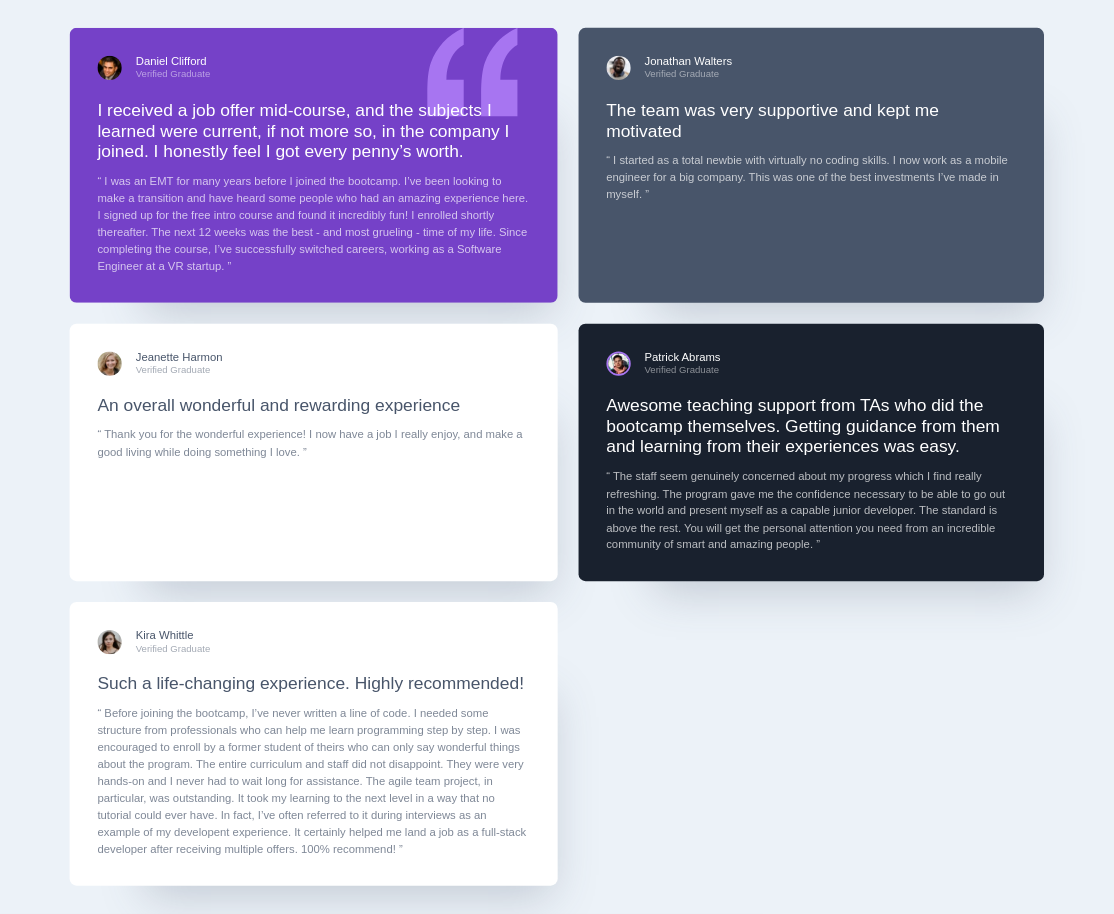
Repository: Imprasna/Grid_template
Page: index.html
These files come from the project's save history. The page is drawn as it stood at one moment and after the next save; the edit follows.
The browser window is 1280 px wide. The pictures show the whole page, at 87% of full size.

Above is the page before, as saved 2021-11-28 13:10:07.

### index.html
<!DOCTYPE html>
<html lang="en">
<head>
    <meta charset="UTF-8">
    <meta http-equiv="X-UA-Compatible" content="IE=edge">
    <meta name="viewport" content="width=device-width, initial-scale=1.0">
    <link rel="stylesheet" href="style.css">
    <title>GRid</title>
</head>
<body>
    <main class="testimonial-grid">
        <article class="testimonial grid-col-span-2 flow bg-primary-400 quote text-neutral-100">
          <div class="flex">
            <div>
              <img  src="./images/image-daniel.jpg" alt="daniel clifford">
            </div>
            <div>
              <h2 class="name">Daniel Clifford</h2>
              <p class="position">Verified Graduate</p>
            </div>
          </div>
          <p>
            I received a job offer mid-course, and the subjects I learned were current, if not more so,
            in the company I joined. I honestly feel I got every penny’s worth.
          </p>
          <p>
            “ I was an EMT for many years before I joined the bootcamp. I’ve been looking to make a
            transition and have heard some people who had an amazing experience here. I signed up
            for the free intro course and found it incredibly fun! I enrolled shortly thereafter.
            The next 12 weeks was the best - and most grueling - time of my life. Since completing
            the course, I’ve successfully switched careers, working as a Software Engineer at a VR startup. ”
          </p>
        </article>
        <article class="testimonial flow bg-secondary-400 text-neutral-100">
          <div class="flex">
            <div>
              <img src="./images/image-jonathan.jpg" alt="Jonathan Walters">
            </div>
            <div>
              <h2 class="name">Jonathan Walters</h2>
              <p class="position">Verified Graduate</p>
            </div>
          </div>
          <p>
            The team was very supportive and kept me motivated
          </p>
          <p>
            “ I started as a total newbie with virtually no coding skills. I now work as a mobile engineer
            for a big company. This was one of the best investments I’ve made in myself. ”
          </p>
        </article>
        <article class="testimonial flow bg-neutral-100 text-secondary-400">
          <div class="flex">
            <div>
              <img src="./images/image-jeanette.jpg" alt="Jeanette Harmon">
            </div>
            <div>
              <h2 class="name">Jeanette Harmon</h2>
              <p class="position">Verified Graduate</p>
            </div>
          </div>
          <p>
            An overall wonderful and rewarding experience</p>
          <p>
            “ Thank you for the wonderful experience! I now have a job I really enjoy, and make a good living
            while doing something I love. ”
          </p>
        </article>
        <article class="testimonial grid-col-span-2 flow bg-secondary-500 text-neutral-100">
          <div class="flex">
            <div>
              <img class="border-primary-400" src="./images/image-patrick.jpg" alt="Patrick Abrams">
            </div>
            <div>
              <h2 class="name">Patrick Abrams</h2>
              <p class="position">Verified Graduate</p>
            </div>
          </div>
          <p>
            Awesome teaching support from TAs who did the bootcamp themselves. Getting guidance from them and
            learning from their experiences was easy.
          </p>
          <p>
            “ The staff seem genuinely concerned about my progress which I find really refreshing. The program
            gave me the confidence necessary to be able to go out in the world and present myself as a capable
            junior developer. The standard is above the rest. You will get the personal attention you need from
            an incredible community of smart and amazing people. ”
          </p>
        </article>
        <article class="testimonial flow bg-neutral-100 text-secondary-400">
          <div class="flex">
            <div>
              <img src="./images/image-kira.jpg" alt="Kira Whittle">
            </div>
            <div>
              <h2 class="name">Kira Whittle</h2>
              <p class="position">Verified Graduate</p>
            </div>
          </div>
          <p>
            Such a life-changing experience. Highly recommended!
          </p>
          <p>
            “ Before joining the bootcamp, I’ve never written a line of code. I needed some structure from
            professionals who can help me learn programming step by step. I was encouraged to enroll by a former
            student of theirs who can only say wonderful things about the program. The entire curriculum and staff
            did not disappoint. They were very hands-on and I never had to wait long for assistance. The agile team
            project, in particular, was outstanding. It took my learning to the next level in a way that no tutorial
            could ever have. In fact, I’ve often referred to it during interviews as an example of my developent
            experience. It certainly helped me land a job as a full-stack developer after receiving multiple offers.
            100% recommend! ”
          </p>
        </article>
      </main>
</body>
</html>

### style.css
:root {
    --clr-primary-400: 263 55% 52%;
    --clr-secondary-400: 217 19% 35%;
    --clr-secondary-500: 219 29% 14%;
    --clr-neutral-100: 0 0% 100%;
    --clr-neutral-200: 210 46% 95%;
    --clr-neutral-300: 0 0% 81%;

    --ff-primary: "Barlow Semi Condensed", sans-serif;

    --fw-400: 500;
    --fw-700: 600;

    --fs-300: 0.6875rem;
    --fs-400: 0.8125rem;
    --fs-500: 1.25rem;
  }

  /* Box sizing rules */
  *,
  *::before,
  *::after {
    box-sizing: border-box;
  }

  /* Remove default margin */
  body,
  h1,
  h2,
  h3,
  h4,
  p,
  figure,
  blockquote,
  dl,
  dd {
    margin: 0;
  }

  /* Remove list styles on ul, ol elements with a list role, which suggests default styling will be removed */
  ul[role="list"],
  ol[role="list"] {
    list-style: none;
  }

  /* Set core root defaults */
  html:focus-within {
    scroll-behavior: smooth;
  }

  /* Set core body defaults */
  body {
    min-height: 100vh;
    text-rendering: optimizeSpeed;
    line-height: 1.5;
  }

  /* A elements that don't have a class get default styles */
  a:not([class]) {
    text-decoration-skip-ink: auto;
  }

  /* Make images easier to work with */
  img,
  picture {
    max-width: 100%;
    display: block;
  }

  /* Inherit fonts for inputs and buttons */
  input,
  button,
  textarea,
  select {
    font: inherit;
  }

  /* Remove all animations, transitions and smooth scroll for people that prefer not to see them */
  @media (prefers-reduced-motion: reduce) {
    html:focus-within {
      scroll-behavior: auto;
    }

    *,
    *::before,
    *::after {
      animation-duration: 0.01ms !important;
      animation-iteration-count: 1 !important;
      transition-duration: 0.01ms !important;
      scroll-behavior: auto !important;
    }
  }

  body {
    display: grid;
    place-content: center;
    min-height: 100vh;

    font-family: var(--ff-primary);
    font-weight: var(--fw-400);

    background-color: hsl(var(--clr-neutral-200));
  }

  h1,
  h2,
  h3 {
    font-weight: var(--fw-700);
  }

  /* utilities */
  .flex {
    display: flex;
    gap: var(--gap, 1rem);
  }

  .flow > *:where(:not(:first-child)) {
    margin-top: var(--flow-spacer, 1em);
  }

  .bg-primary-400 {
    background: hsl(var(--clr-primary-400));
  }
  .bg-secondary-400 {
    background: hsl(var(--clr-secondary-400));
  }
  .bg-secondary-500 {
    background: hsl(var(--clr-secondary-500));
  }

  .bg-neutral-100 {
    background: hsl(var(--clr-neutral-100));
  }

  .text-neutral-100 {
    color: hsl(var(--clr-neutral-100));
  }
  .text-secondary-400 {
    color: hsl(var(--clr-secondary-400));
  }
  .border-primary-400 {
    border: 2px solid #a775f1;
  }

  /* components */
  .testimonial-grid {
    padding-block: 2rem;
    width: min(95%, 70rem);
    margin-inline: auto;

    display: grid;
    gap: 1.5rem;
    grid-template-areas:
    'one'
    'two'
    'three'
    'four'
    'five';

  }

  @media (min-width: 50em) {
    .testimonial-grid {
        grid-template-areas: 'one on';
    }
  }


  /* @media (min-width: 50em) {

    .testimonial-grid {
        grid-template-columns: repeat(4, 1fr);
    }

    .grid-col-span-2 {
        grid-column: span 2;
    }

    .testimonial:last-child {
        grid-column: 4/5;
        grid-row: 1/3;
    }

  } */





  .testimonial {
    font-size: var(--fs-400);
    padding: 2rem;
    border-radius: 0.5rem;
    box-shadow: 2.5rem 3.75rem 3rem -3rem hsl(var(--clr-secondary-400) / 0.25);
  }

  .testimonial.quote {
    background-image: url("./images/bg-pattern-quotation.svg");
    background-repeat: no-repeat;
    background-position: top right 10%;
  }

  .testimonial img {
    width: 1.75rem;
    aspect-ratio: 1;
    border-radius: 50%;
  }

  .testimonial .name {
    font-size: var(--fs-400);
    font-weight: var(--fw-400);
    line-height: 1;
  }

  .testimonial .position {
    font-size: var(--fs-300);
    opacity: 0.5;
  }

  .testimonial > p:first-of-type {
    font-size: var(--fs-500);
    line-height: 1.2;
  }

  .testimonial > p:last-of-type {
    opacity: 0.7;
  }

After the next save:
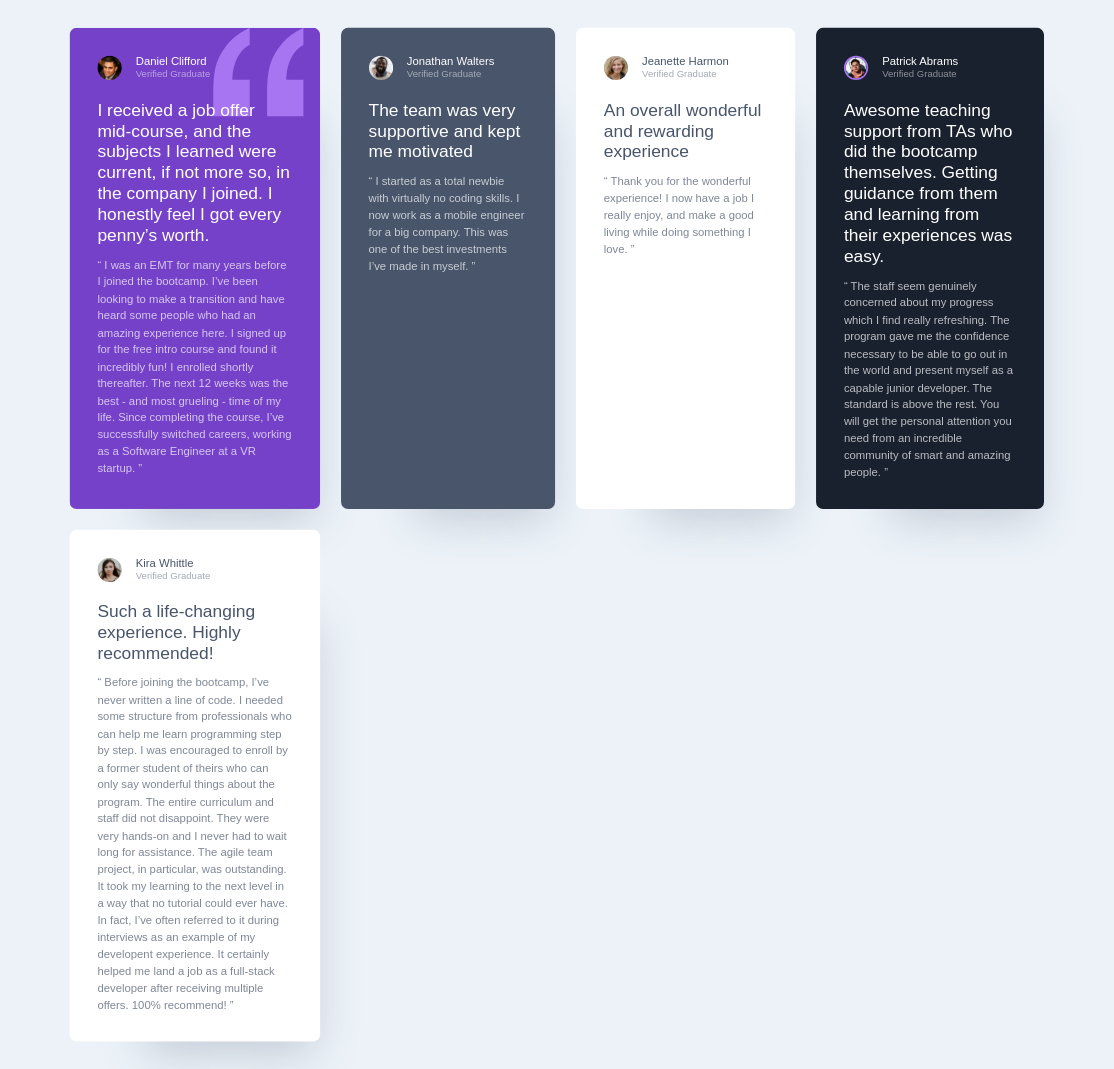
Saved 7 s later.
--- a/style.css
+++ b/style.css
@@ -161,7 +161,7 @@
 
   @media (min-width: 50em) {
     .testimonial-grid {
-        grid-template-areas: 'one on';
+        grid-template-areas: 'one one two five';
     }
   }
 
